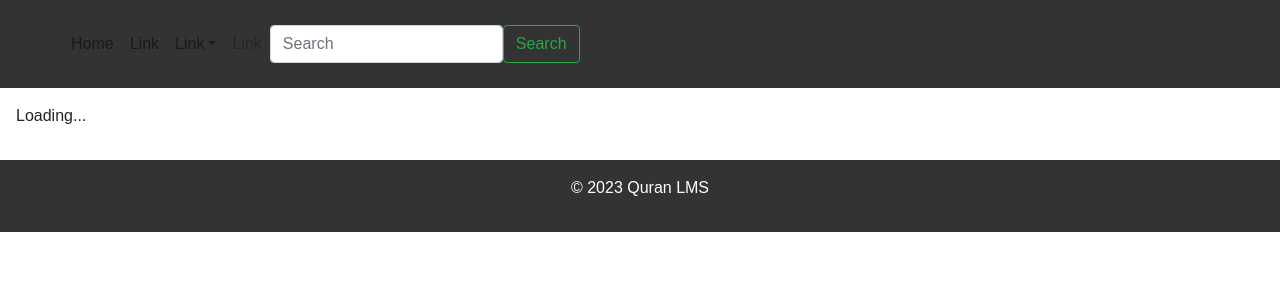
Repository: talha-mahmood/Quran-Lms-react
Page: /
These files come from the project's save history. The page is drawn as it stood at one moment and after the next save; the edit follows.
The browser window is 1280 px wide. The pictures show the whole page.
The page's requests for data from a server got no answer. The project was rebuilt for these pictures with package versions that can differ from the ones it lists, and the page was loaded fresh each time. No one was signed in, and anything a server would have sent is missing.

Above is the page before, as saved 2023-03-08 01:12:18.

After the next save:
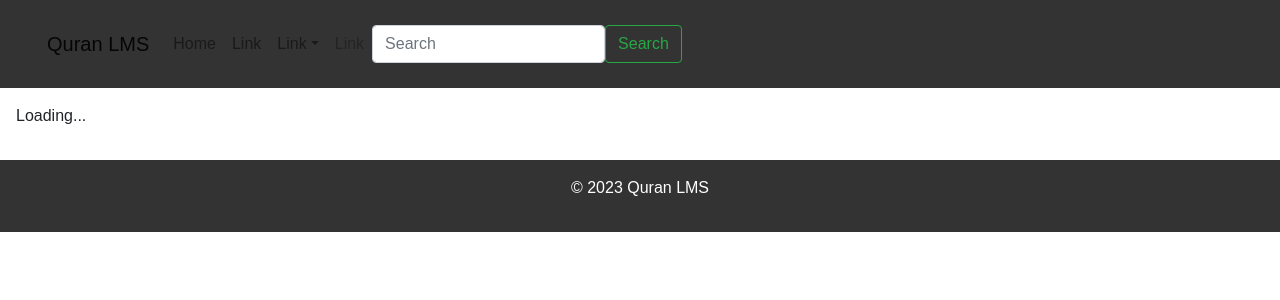
Saved 6 s later.
--- a/src/App.js
+++ b/src/App.js
@@ -31,7 +31,7 @@ class QuranLMS extends Component {
           <header>
           <Navbar bg="" expand="lg">
       <Container fluid>
-        <Navbar.Brand href="#"></Navbar.Brand>
+        <Navbar.Brand href="#">Quran LMS</Navbar.Brand>
         <Navbar.Toggle aria-controls="navbarScroll" />
         <Navbar.Collapse id="navbarScroll">
           <Nav
